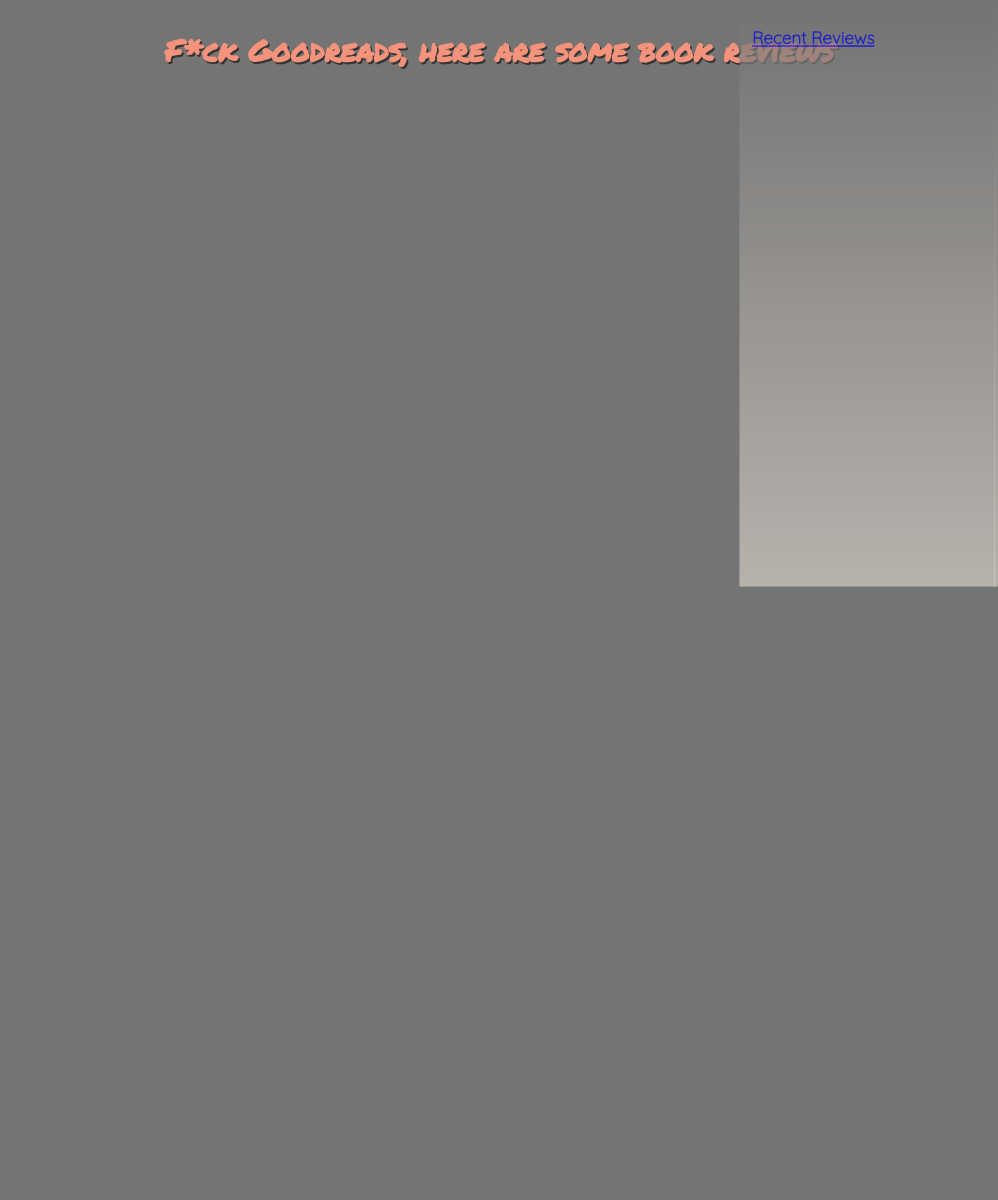
Repository: emnharris/FreeCodeCampChallenges
Page: responsive-web-design/book-reviews/books.html
The author's editor kept a copy of each file at every save. The page is drawn from the files as they stood at one save, then again after the next save.
The browser window is 1280 px wide. The pictures show the whole page, at 78% of full size.

Above is the page before, as saved 2020-04-18 13:33:55.

After the next save:
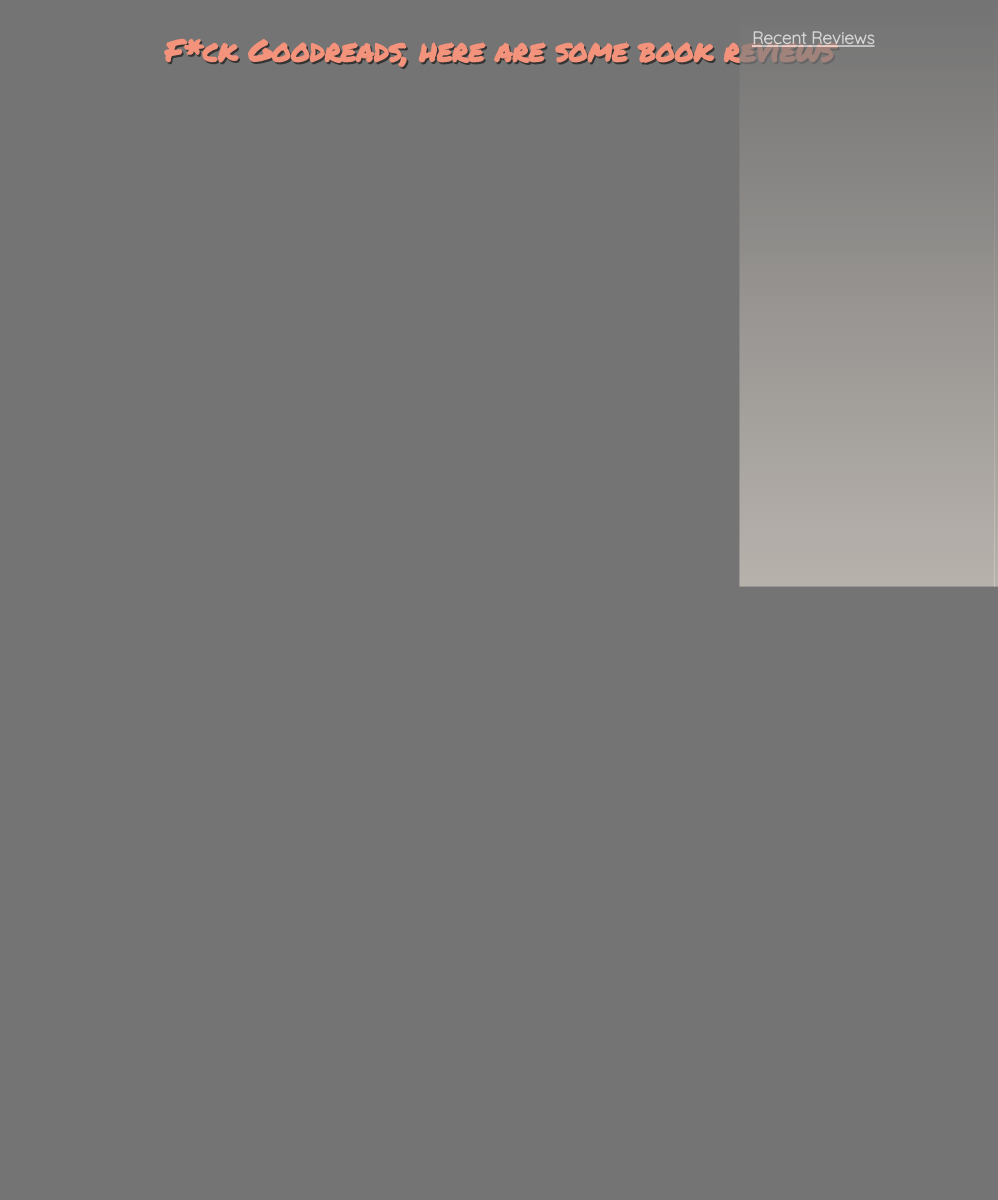
Saved 37 s later.
--- a/responsive-web-design/book-reviews/books.css
+++ b/responsive-web-design/book-reviews/books.css
@@ -51,6 +51,10 @@
     font-size: 22px;
     color: white;
 }
+a {
+    color: white;
+    text-decoration: underline;
+}
 
 #gallery {
     display: grid;
